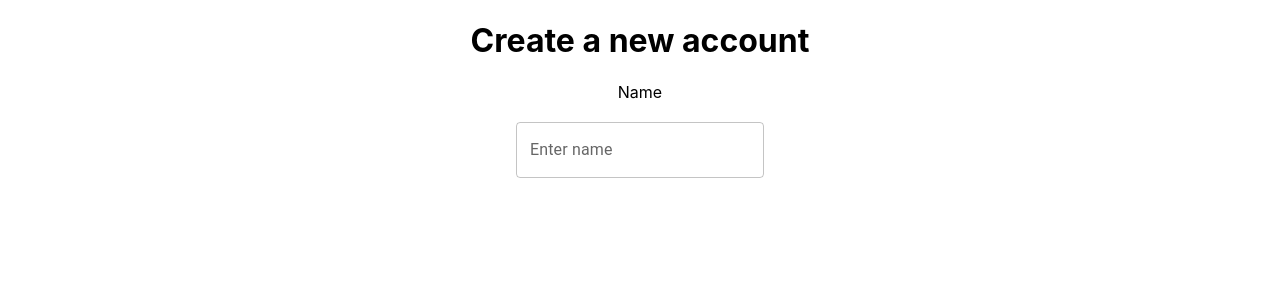
Repository: nj10deadend/RESTAPI-node-with-mongoDB
Page: / (app in client/frontend/)
An editor plug-in stored every save of this project. The page is shown before and after the next save, followed by the edit.
The browser window is 1280 px wide. The pictures show the whole page.
The project was rebuilt for these pictures with package versions that can differ from the ones it lists, and the page was loaded fresh each time. Imported but missing from the stored project, and not drawn on this page: client/frontend/src/axios.

Above is the page before, as saved 2021-12-31 12:39:00.

After the next save:
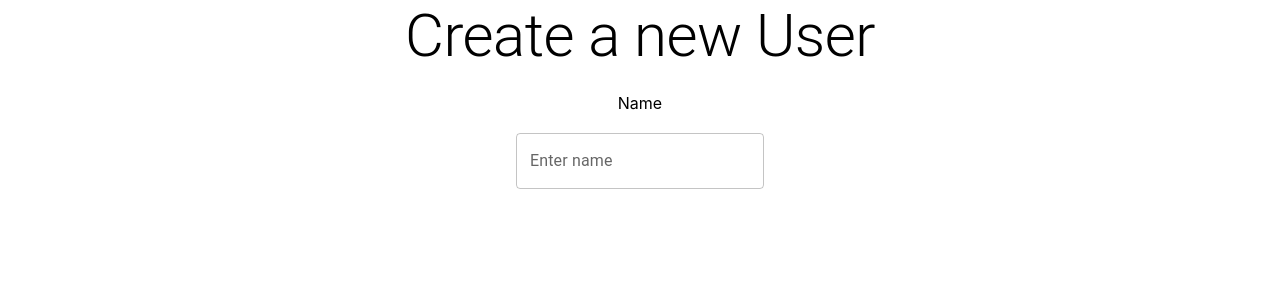
Saved 2 min 5 s later.
--- a/client/frontend/src/components/Signup.js
+++ b/client/frontend/src/components/Signup.js
@@ -2,6 +2,8 @@ import {useState} from 'react';
 import Button from '@mui/material/Button';
 import SendIcon from '@mui/icons-material/Send';
 import TextField from '@mui/material/TextField';
+import Typography from '@mui/material/Typography';
+import Box from '@mui/material/Box';
 
 function Signup () {
 
@@ -11,11 +13,10 @@ function Signup () {
     const [adminEmail, setAdminEmail] = useState(false);
 
     return (
-        <div>
-            <h1>Create a new account</h1>
-
+        <Box>
+            <Typography variant="h2" component="h2" gutterBottom>Create a new User</Typography>
             <form>
-                <div>
+                <Box>
                     <label for="name">Name</label>
                     <br></br>
                     <br></br>
@@ -25,11 +26,11 @@ function Signup () {
                     value = {name}
                     />
 
-                </div>
+                </Box>
 
             </form>
 
-        </div>
+        </Box>
     )
 }
 
